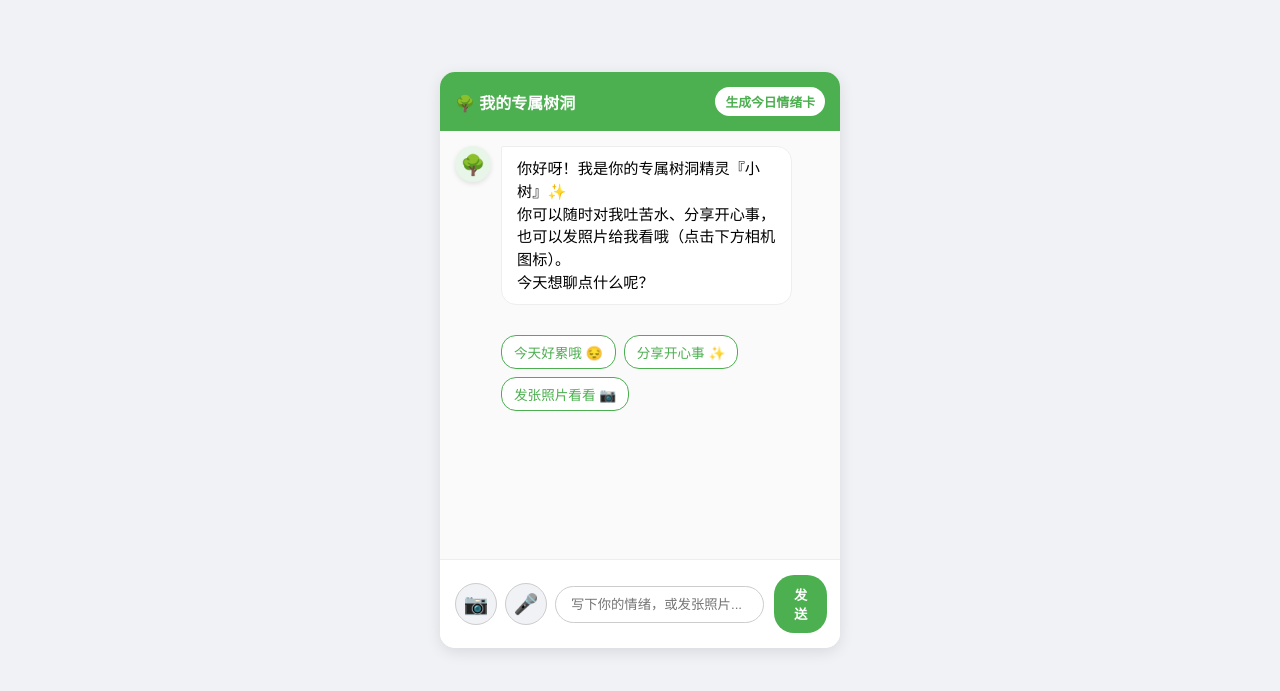
Repository: QinghuaSun1127/Tree_house
Page: index.html
These files come from the project's save history. The page is drawn as it stood at one moment and after the next save; the edit follows.
The browser window is 1280 px wide. The pictures show the whole page.

Above is the page before, as saved 2026-04-10 02:02:58.

After the next save:
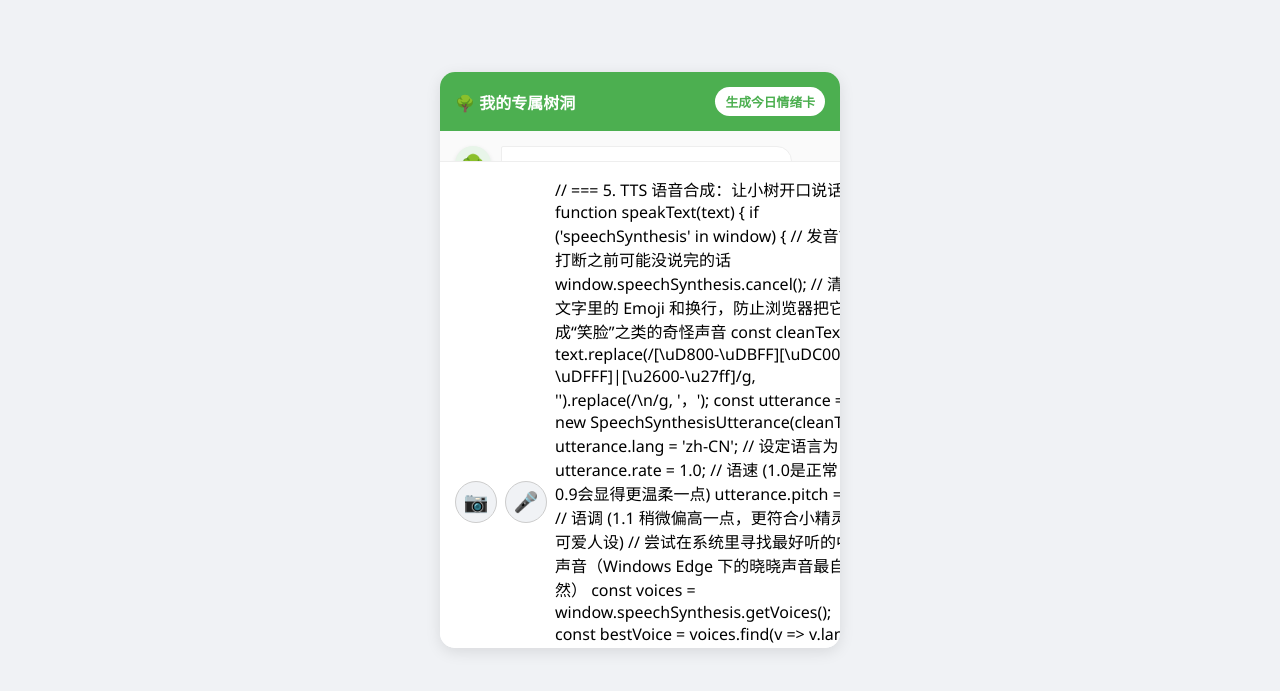
Saved 13 s later.
--- a/index.html
+++ b/index.html
@@ -268,7 +268,34 @@
             <input type="file" id="imageInput" accept="image/*" style="display: none;" onchange="previewImage()">
             <button class="upload-btn" onclick="document.getElementById('imageInput').click()">📷</button>
             <button class="upload-btn" id="micBtn" onclick="toggleVoice()" title="点击开始/停止说话">🎤</button>
-
+            // === 5. TTS 语音合成：让小树开口说话 ===
+            function speakText(text) {
+            if ('speechSynthesis' in window) {
+            // 发音前先打断之前可能没说完的话
+            window.speechSynthesis.cancel();
+
+            // 清理掉文字里的 Emoji 和换行，防止浏览器把它读成“笑脸”之类的奇怪声音
+            const cleanText = text.replace(/[\uD800-\uDBFF][\uDC00-\uDFFF]|[\u2600-\u27ff]/g, '').replace(/\n/g, '，');
+
+            const utterance = new SpeechSynthesisUtterance(cleanText);
+            utterance.lang = 'zh-CN'; // 设定语言为中文
+            utterance.rate = 1.0; // 语速 (1.0是正常，0.9会显得更温柔一点)
+            utterance.pitch = 1.1; // 语调 (1.1 稍微偏高一点，更符合小精灵的可爱人设)
+
+            // 尝试在系统里寻找最好听的中文声音（Windows Edge 下的晓晓声音最自然）
+            const voices = window.speechSynthesis.getVoices();
+            const bestVoice = voices.find(v => v.lang === 'zh-CN' && v.name.includes('Xiaoxiao')) || voices.find(v => v.lang ===
+            'zh-CN');
+            if (bestVoice) {
+            utterance.voice = bestVoice;
+            }
+
+            // 开始朗读！
+            window.speechSynthesis.speak(utterance);
+            } else {
+            console.warn("当前浏览器不支持语音播报功能哦~");
+            }
+            }
             <input type="text" id="userInput" placeholder="写下你的情绪，或发张照片..." onkeypress="handleKeyPress(event)">
             <button class="send-btn" onclick="sendMessage()">发送</button>
         </div>
